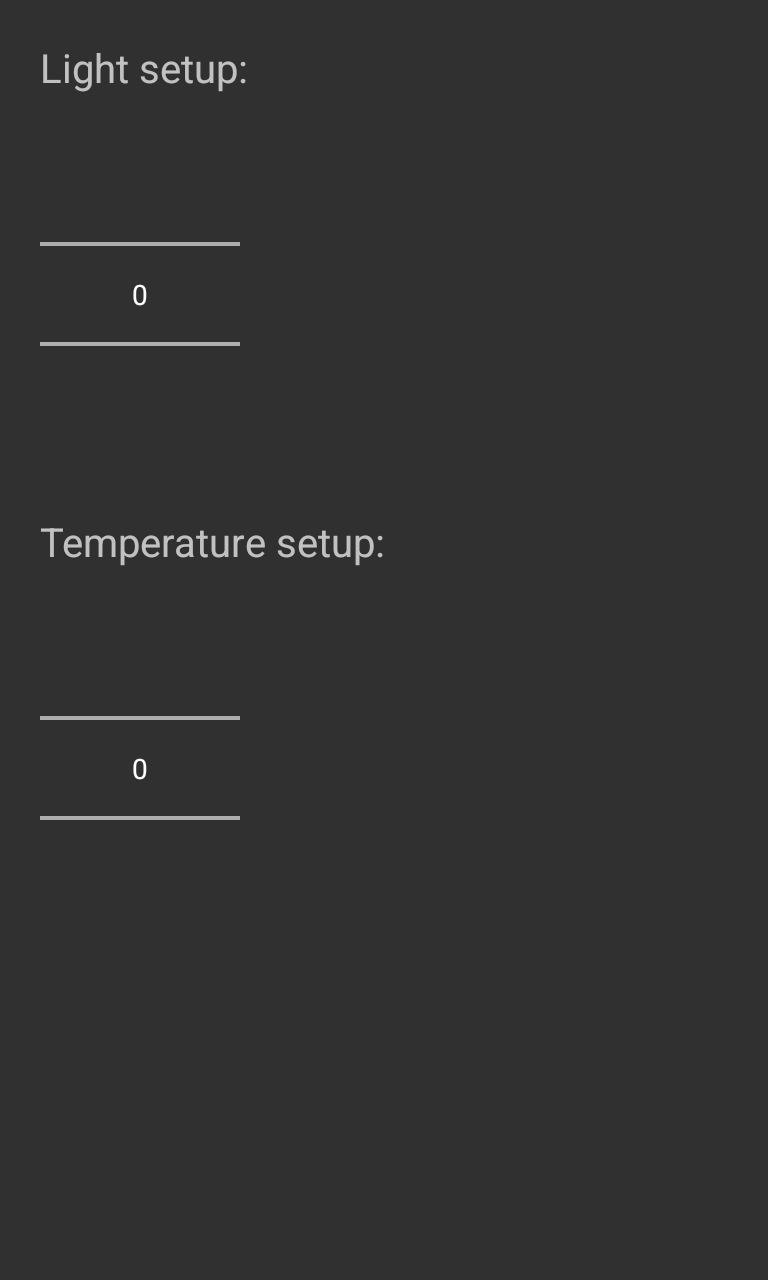
Repository: deanzaka/Shroom-Smart-Terminal
Layout: IOIOShroomST/res/layout/sensors.xml
An editor plug-in stored every save of this project. The layout is shown before and after the next save, followed by the edit.
It is drawn on a 768 x 1280 px phone screen (xhdpi) without system bars, with theme Theme.AppCompat; the app's code is not run.

Above is the layout before, as saved 2014-11-18 06:47:59.

### IOIOShroomST/res/layout/sensors.xml
<?xml version="1.0" encoding="utf-8"?>
<LinearLayout xmlns:android="http://schemas.android.com/apk/res/android"
    android:orientation="vertical"
    android:layout_width="fill_parent"
    android:layout_height="fill_parent">

    <TextView
	    android:id="@+id/LightSetupLabel"
	    android:text="@string/light_setup_label"
	    android:layout_width="wrap_content"
	    android:layout_height="wrap_content"
	    android:paddingTop="20dp"
	    android:paddingLeft="20dp"
	    android:textSize="20sp" />

	<RelativeLayout
	    android:layout_width="fill_parent"
	    android:layout_height="wrap_content"
	    android:gravity="left"
	    android:paddingTop="10dp"
	    android:paddingLeft="20dp">

	    <NumberPicker
		    android:id="@+id/userLux"
		    android:layout_width="100dp"
		    android:layout_height="wrap_content"
		    android:layout_alignParentLeft="true"/>

	</RelativeLayout>

	<TextView
	    android:id="@+id/TempSetupLabel"
	    android:text="@string/temp_setup_label"
	    android:layout_width="wrap_content"
	    android:layout_height="wrap_content"
	    android:paddingTop="20dp"
	    android:paddingLeft="20dp"
	    android:textSize="20sp" />

	<RelativeLayout
	    android:layout_width="fill_parent"
	    android:layout_height="wrap_content"
	    android:gravity="left"
	    android:paddingTop="10dp"
	    android:paddingLeft="20dp">

	    <NumberPicker
		    android:id="@+id/userTemp"
		    android:layout_width="100dp"
		    android:layout_height="wrap_content"
		    android:layout_alignParentLeft="true"/>

	    <RelativeLayout
	        android:layout_width="fill_parent"
		    android:layout_height="wrap_content"
		    android:gravity="left"
		    android:paddingTop="10dp"
		    android:paddingLeft="20dp">

	    </RelativeLayout>

	</RelativeLayout>


</LinearLayout>

### IOIOShroomST/res/values/strings.xml
<?xml version="1.0" encoding="utf-8"?>
<resources>

    <string name="app_name">Shroom - Smart Outlet</string>
    <string name="terminal_1">Plug 1</string>
    <string name="terminal_2">Plug 2</string>
    <string name="terminal_3">Plug 3</string>
    <string name="lamp">Lamp</string>
    <string name="light_label">Light intensity: </string>
    <string name="light_setup_label">Light setup: </string>
    <string name="temp_label">Temperature: </string>
    <string name="temp_setup_label">Temperature setup: </string>
    <string name="cel_label">celcius</string>
    <string name="lux_label">lux</string>
    <string name="auto_label">Auto Mode</string>
    <string name="action_sensors">Sensors</string>
    <string name="action_settings">Setting</string>
    <string name="yes_answer">Yes</string>
    <string name="no_answer">No</string>
    <string name="title_activity_settings">Settings</string>
    <string name="hello_world">Hello world!</string>
    <string name="title_activity_sensors">Sensors</string>
    <string name="light_sensor">Light</string>
    <string name="temp_sensor">Temp</string>
    <string name="timer">Timer</string>

</resources>

After the next save:
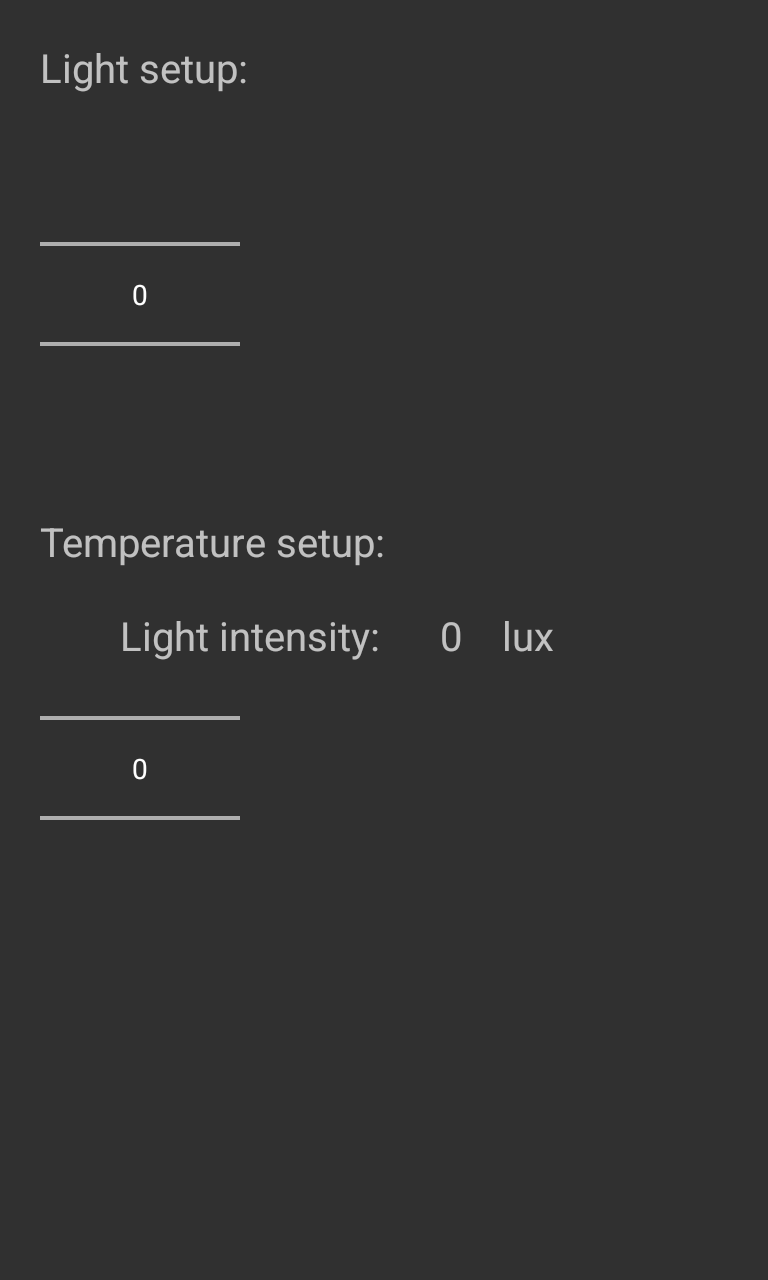
Saved 56 s later.
--- a/IOIOShroomST/res/layout/sensors.xml
+++ b/IOIOShroomST/res/layout/sensors.xml
@@ -57,6 +57,36 @@
 		    android:paddingTop="10dp"
 		    android:paddingLeft="20dp">
 
+	        <TextView
+			    android:id="@+id/LightLabel"
+				android:text="@string/light_label"
+				android:layout_width="wrap_content"
+				android:layout_height="wrap_content"
+				android:layout_alignParentLeft="true"
+				android:paddingLeft="20dp"
+				android:paddingRight="30dp"
+				android:textSize="20sp"
+				/>
+
+			<TextView
+			    android:id="@+id/LuxValue"
+			    android:layout_width="wrap_content"
+			    android:layout_height="wrap_content"
+			    android:layout_toRightOf="@id/LightLabel"
+			    android:paddingRight="20dp"
+			    android:text="0"
+			    android:textSize="20sp" />
+
+			<TextView
+				android:id="@+id/LuxLabel"
+				android:text="@string/lux_label"
+				android:layout_width="wrap_content"
+				android:layout_height="wrap_content"
+				android:layout_toRightOf="@id/LuxValue"
+				android:textSize="20sp"
+				/>
+
+
 	    </RelativeLayout>
 
 	</RelativeLayout>
